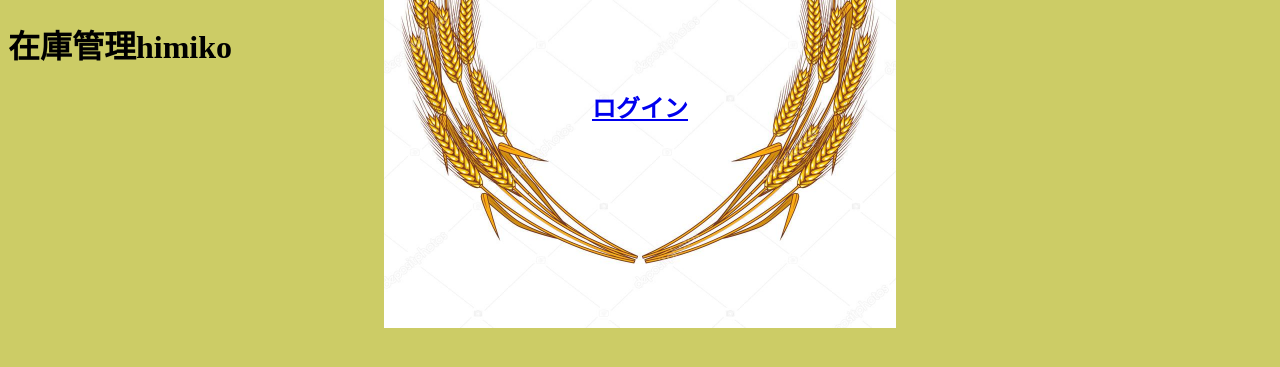
Repository: e1b19110/super
Page: src/main/resources/static/index.html
These files come from the project's save history. The page is drawn as it stood at one moment and after the next save; the edit follows.
The browser window is 1280 px wide. The pictures show the whole page.

Above is the page before, as saved 2021-12-07 17:42:04.

### src/main/resources/static/index.html
<!DOCTYPE html>
<html>

<head>
  <meta charset="utf-8">
  <title>Super</title>
  <style>
    body {
      background-image: url(img/souko.png);
      background-repeat:no-repeat;
      background-size: 40%;
      }
    body {
      background-image: url(img/タイトル麦.jpg);
      background-repeat:no-repeat;
      background-size: 40%;
      background-position: center;
      }
    .ログイン{
    text-align:center;

    }
    </style>
</head>

<body bgcolor="#CCCC66">
  <h1>在庫管理himiko</h1>
<div class="ログイン">
 <a href="/himiko/login"><h2>ログイン</h2></a></div>
</body>

</html>

After the next save:
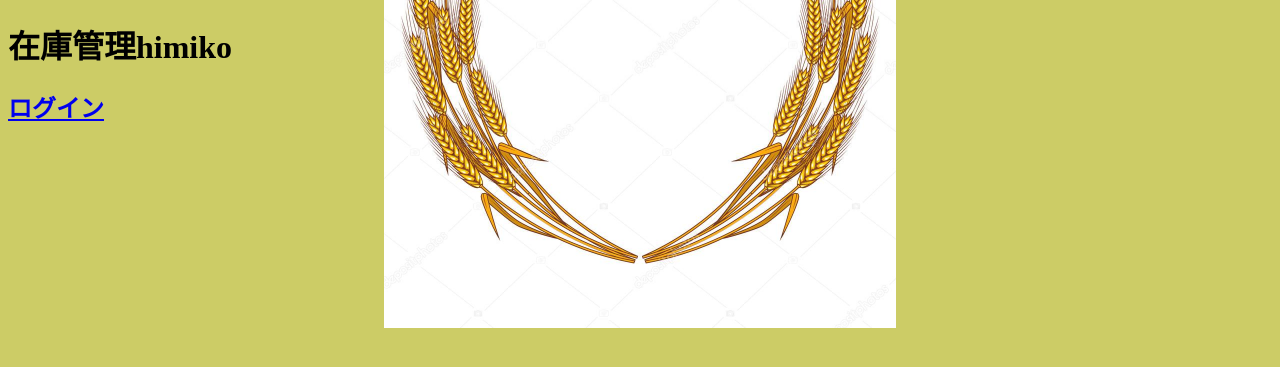
Saved 66 s later.
--- a/src/main/resources/static/index.html
+++ b/src/main/resources/static/index.html
@@ -16,7 +16,7 @@
       background-size: 40%;
       background-position: center;
       }
-    .ログイン{
+    .h1{
     text-align:center;
 
     }
